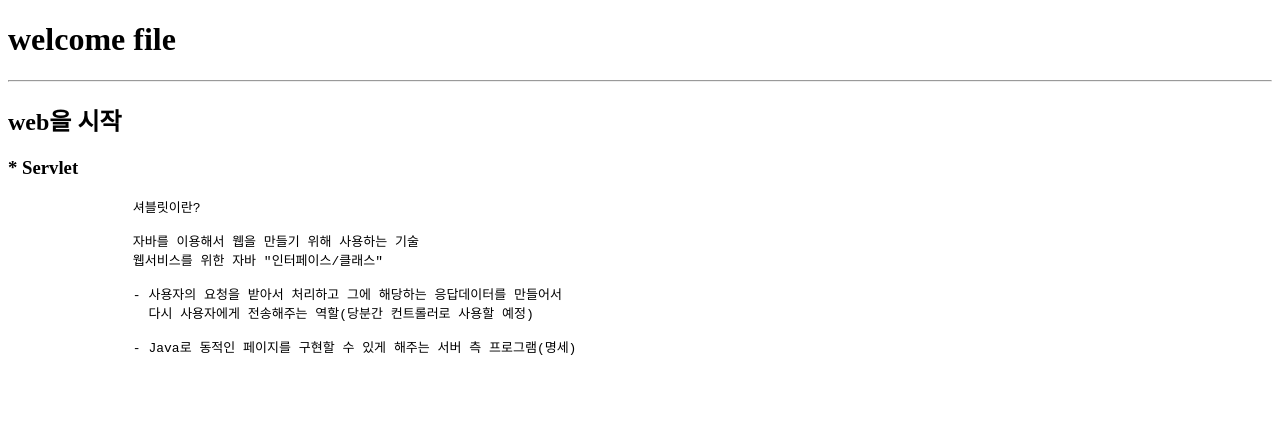
Repository: ghksl0204-shapa/dynamic-web
Page: MyFirstWebProject/src/main/webapp/index.html
An editor plug-in stored every save of this project. The page is shown before and after the next save, followed by the edit.
The browser window is 1280 px wide. The pictures show the whole page.

Above is the page before, as saved 2026-05-04 03:29:22.

After the next save:
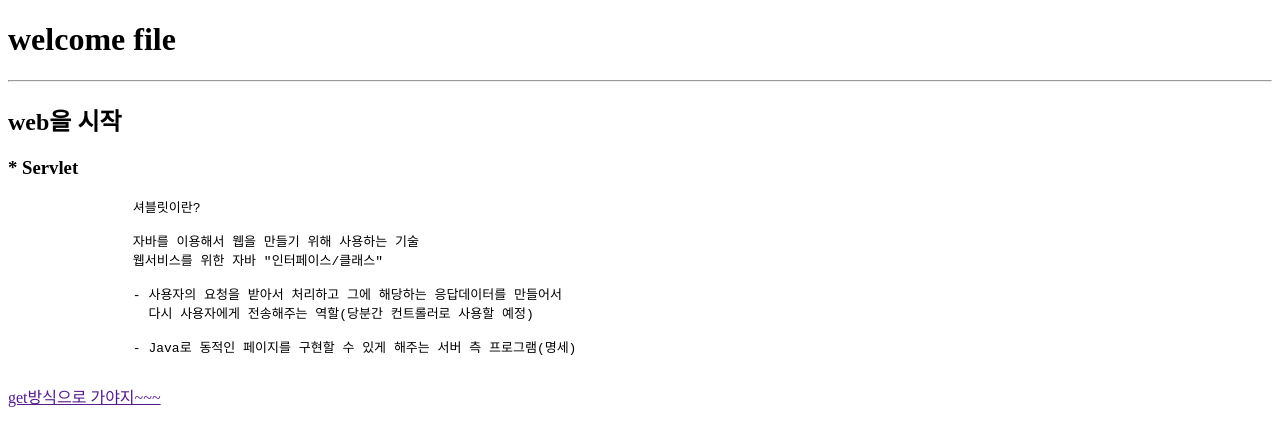
Saved 90 s later.
--- a/MyFirstWebProject/src/main/webapp/index.html
+++ b/MyFirstWebProject/src/main/webapp/index.html
@@ -58,7 +58,7 @@
 	</pre>
 
 
-
+	<a href="">get방식으로 가야지~~~</a>
 
 
 
